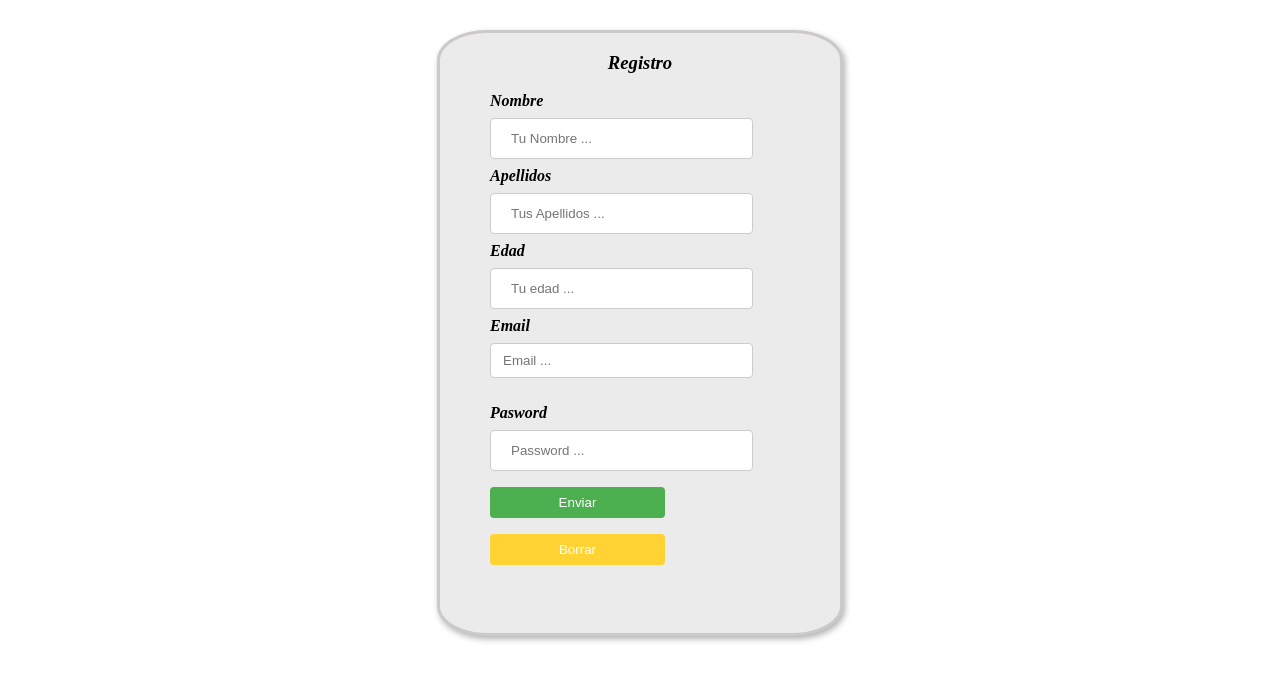
Repository: nachmz42/ProyectoJoker
Page: http://localhost/Joker/registro.jsp
An editor plug-in stored every save of this project. The page is shown before and after the next save, followed by the edit.
The browser window is 1280 px wide. The pictures show the whole page.
The page is served by Tomcat 9.

Above is the page before, as saved 2021-07-02 13:08:44.

After the next save:
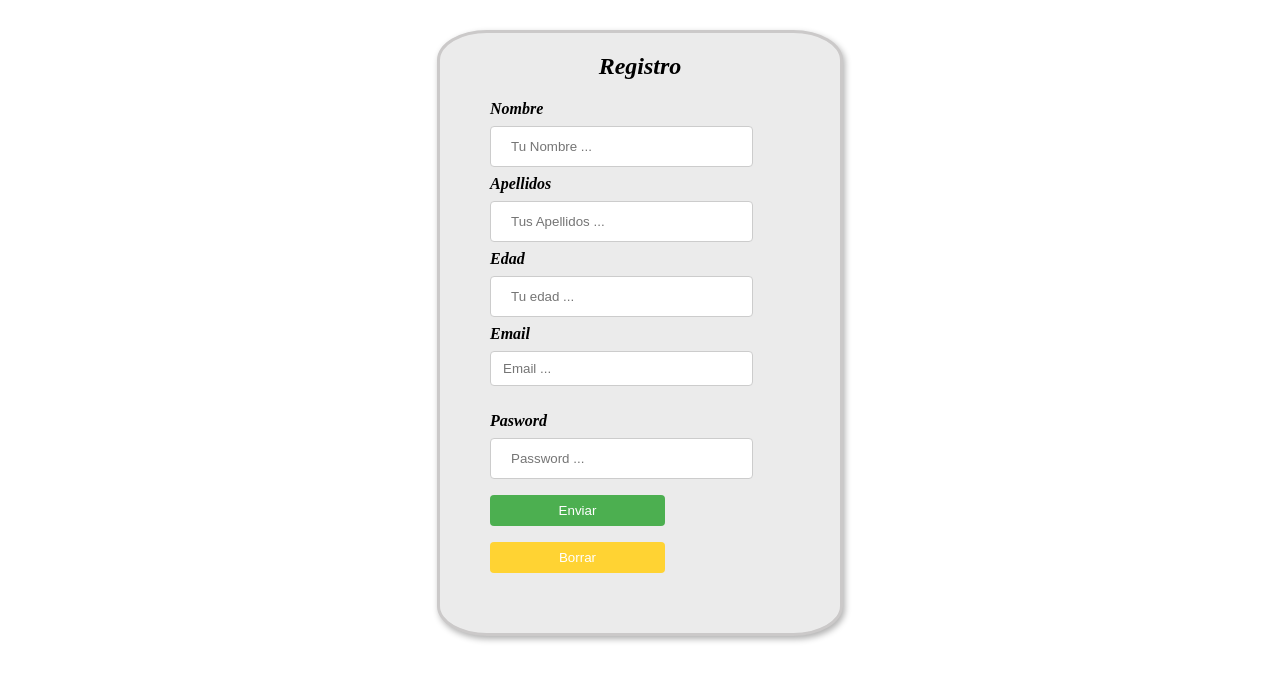
Saved 67 s later.
--- a/Joker/src/main/webapp/registro.jsp
+++ b/Joker/src/main/webapp/registro.jsp
@@ -11,7 +11,7 @@
 <body>
 
 <div class= "testbox">
-<h3>Registro</h3>
+<h2>Registro</h2>
 
 <div class="form2">
   <form action="/Joker/ServletResgistro" method="post">
